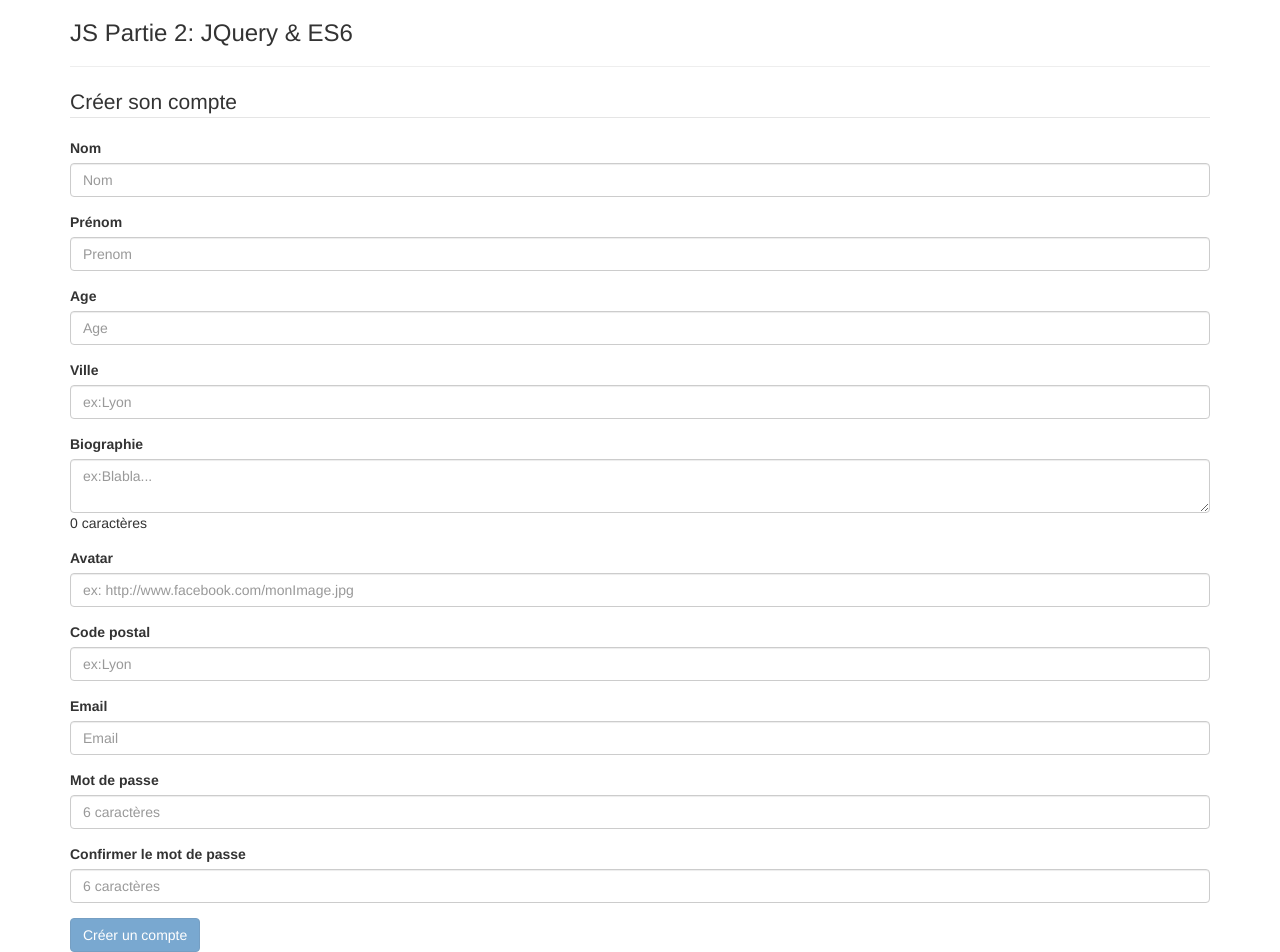
Repository: Symfomany/WildJQueryForm
Page: index.html
The author's editor kept a copy of each file at every save. The page is drawn from the files as they stood at one save, then again after the next save.
The browser window is 1280 px wide. The pictures show the whole page.

Above is the page before, as saved 2017-03-06 07:00:38.

After the next save:
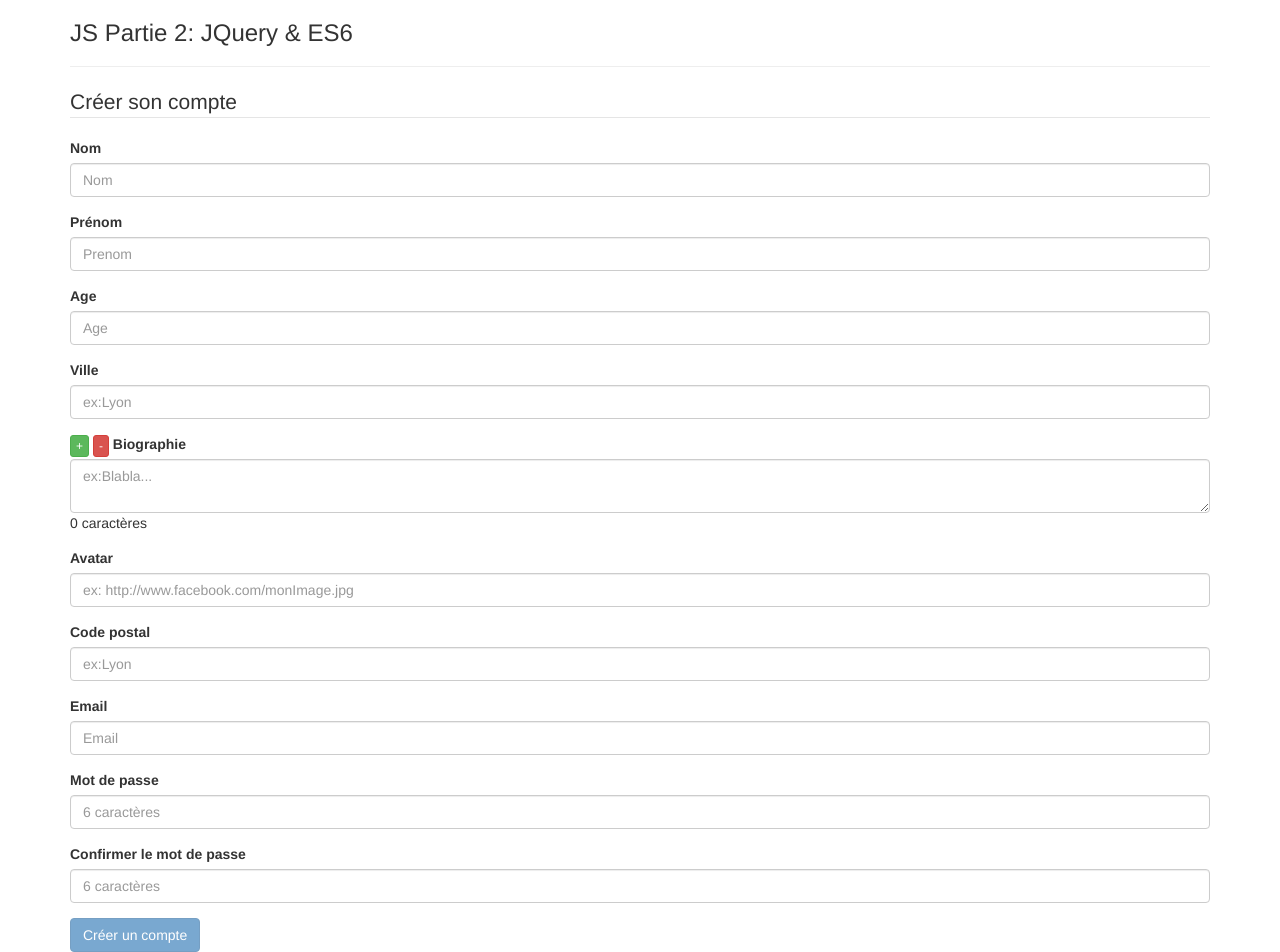
Saved 55 s later.
--- a/index.html
+++ b/index.html
@@ -42,6 +42,8 @@
             </div>
 
             <div class="form-group">
+                <button class="btn btn-xs btn-success">+</button>
+                <button class="btn btn-xs btn-danger">-</button>
                 <label for="">Biographie</label>
                 <textarea class="form-control" id="biography" placeholder="ex:Blabla..."></textarea>
                 <span id="nbCars">0</span> caractères
